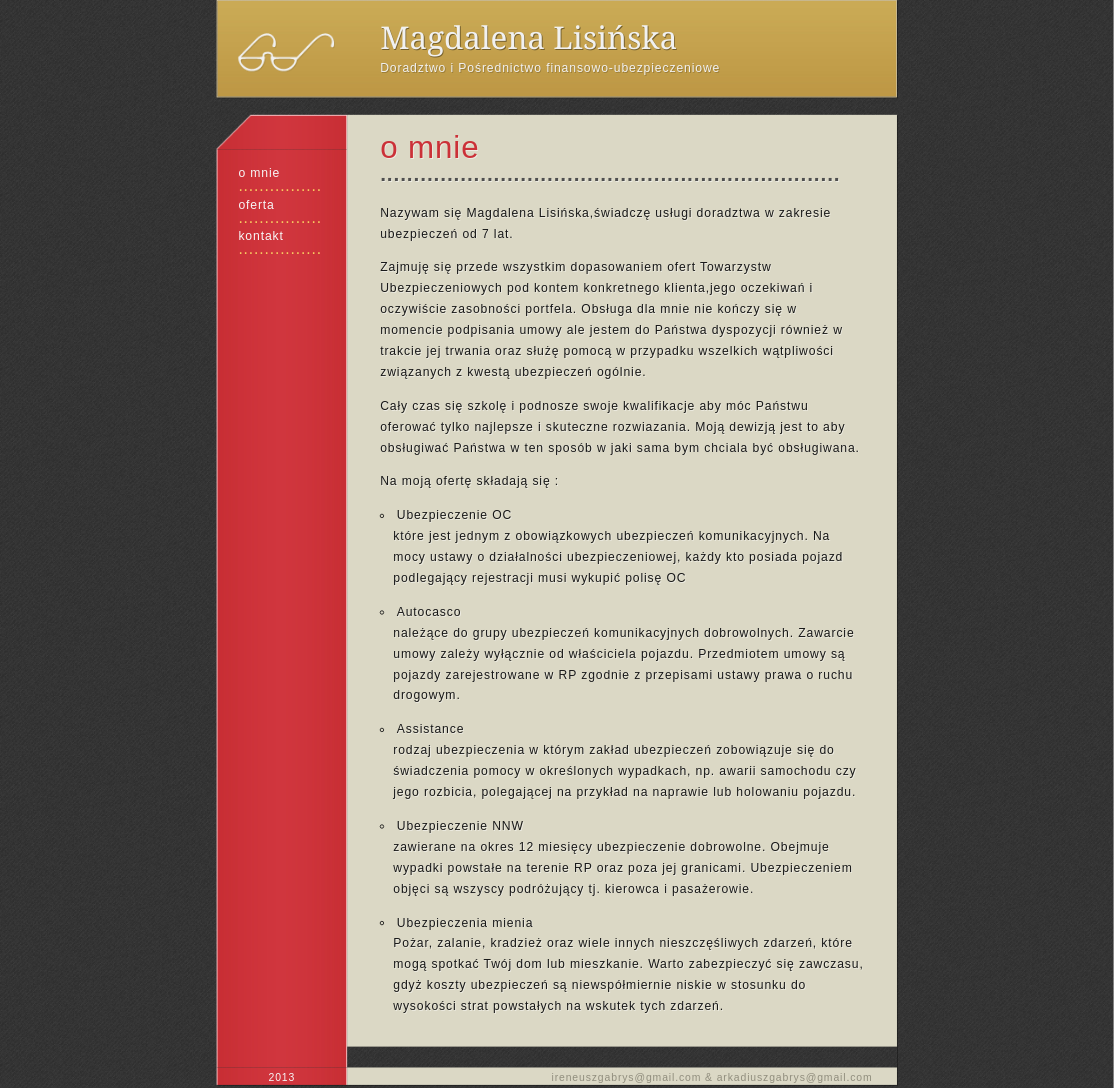
Repository: gabr/php_elicpse_workspace
Page: Magda Lisinska/index.html
An editor plug-in stored every save of this project. The page is shown before and after the next save, followed by the edit.
The browser window is 1280 px wide. The pictures show the whole page, at 87% of full size.

Above is the page before, as saved 2013-03-08 13:42:56.

After the next save:
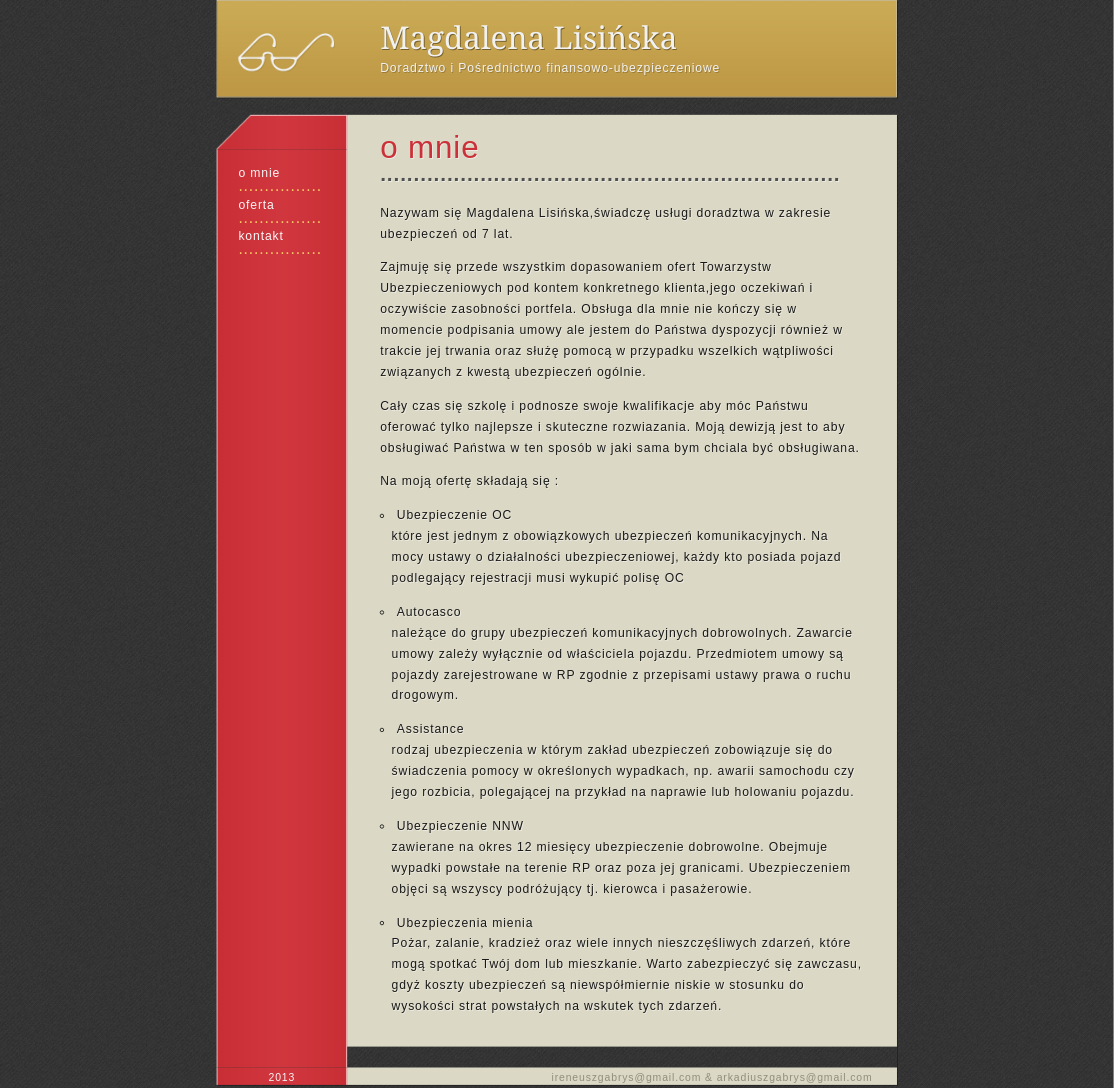
Saved 4 s later.
--- a/Magda Lisinska/css/style.css
+++ b/Magda Lisinska/css/style.css
@@ -179,7 +179,7 @@ img {
 }
 
 #content ul li p {
-  margin-left: 15px;
+  margin-left: 13px;
 }
 
 #content iframe {
